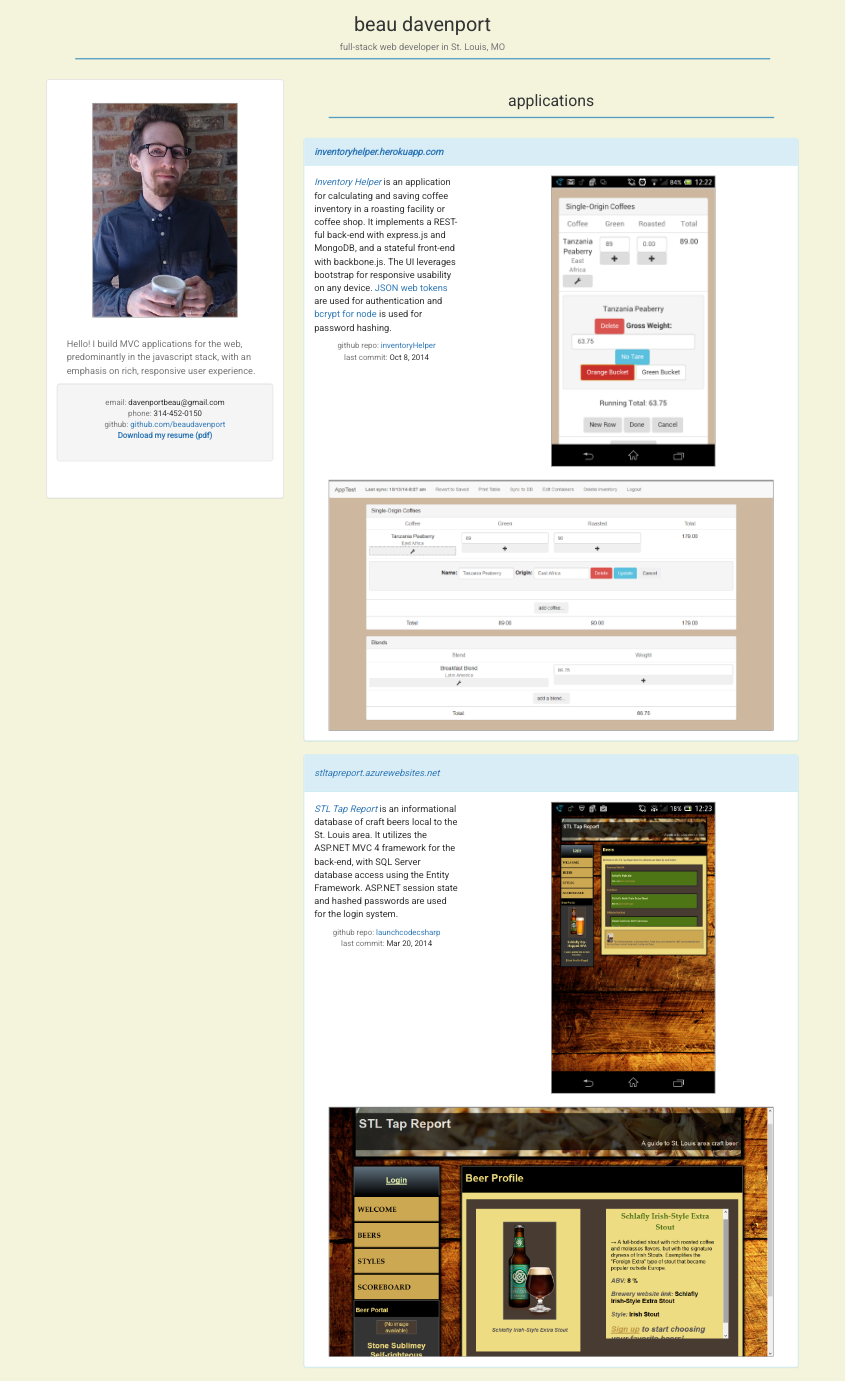
Repository: beaudavenport/old-jekyll-blog
Page: index.html
The author's editor kept a record of every edit. The page is drawn from the files as they stood at one moment, then again after the next edit.
The browser window is 1280 px wide. The pictures show the whole page, at 66% of full size.
Some web libraries are served in a nearby version.

Above is the page before.

### index.html
<!DOCTYPE html>
<html>
<head>
    <title>Beau Davenport</title>
    <link href='//fonts.googleapis.com/css?family=Roboto' rel='stylesheet' type='text/css'>
    <link href="//maxcdn.bootstrapcdn.com/bootstrap/3.2.0/css/bootstrap.min.css" rel="stylesheet">
    <link href="assets/stylesheets/add-on-css.css" rel="stylesheet" type="text/css">
    <meta name="viewport" content="width=device-width, initial-scale=1">
</head>
<body>
<div class="container">
    <div class="title row text-center">
        <h2>beau davenport</h2>
        <h5 class="text-muted">full-stack web developer in St. Louis, MO</h5>
    </div>
    <div class="row">
        <div class="container green-bar">
        </div>
    </div>
    <div class="row">

        <!-- about me sidebar/topbar -->
        <div class="col-xs-12 col-sm-5 col-md-4">
            <div class="panel panel-default about">
                <div class="panel-body">
                    <div class="pic col-xs-4 col-sm-12 col-md-12">
                        <img src="assets/images/beau_brick2.png" />
                    </div>
                    <div class="col-xs-8 col-sm-12 col-md-12">
                        <p class="text-muted">Hello! I build MVC applications for the web, predominantly in the javascript stack, with an emphasis
                        on rich, responsive user experience.
                        </p>
                    </div>
                    <div class="clearfix visible-xs-block"></div>
                    <div class="col-xs-12 col-sm-12 col-md-12 well info">
                        <ul class="list-unstyled small">
                            <li><span class="text-muted">email: </span>davenportbeau@gmail.com</li>
                            <li><span class="text-muted">phone: </span>314-452-0150</li>
                            <li><span class="text-muted">github: </span><a href="https://github.com/beaudavenport">github.com/beaudavenport</a></li>
                            <li><strong><a href="assets/images/Resume2014.pdf">Download my resume (pdf)</a></strong></li>
                        </ul>
                    </div>
                </div>
            </div>
        </div>

        <!-- projects area -->
        <div class="col-xs-12 col-sm-7 col-md-8">
            <h3 class="text-center">applications</h3>
            <div class="container green-bar">
            </div>

            <!-- inventory helper -->
            <div class="panel panel-info">
                <div class="panel-heading">
                    <a href="http://inventoryhelper.herokuapp.com"><em><strong>inventoryhelper.herokuapp.com</strong></em></a>
                </div>

                <div class="panel-body">
                    <div class="row">
                        <div class="col-xs-12 col-sm-6 col-md-4">
                            <div>
                                <p><a href="http://inventoryhelper.herokuapp.com"><em>Inventory Helper</em></a> is an application for calculating and saving
                                    coffee inventory in a roasting facility or coffee shop. It implements a REST-ful back-end with
                                    express.js and MongoDB, and a stateful front-end with backbone.js. The UI leverages bootstrap for responsive
                                    usability on any device. <a href="http://jwt.io/">JSON web tokens</a> are used for authentication and
                                    <a href="https://www.npmjs.org/package/bcrypt-nodejs">bcrypt for node</a> is used for password hashing.
                                </p>

                                <ul class="list-unstyled small">
                                    <li><span class="text-muted">github repo: </span><a href="https://github.com/beaudavenport/inventoryHelper">inventoryHelper</a></li>
                                    <li><span class="text-muted">last commit: </span>Oct 8, 2014</li>
                                </ul>
                            </div>
                        </div>

                        <div class="col-xs-12 col-sm-6 col-md-8">
                            <div class="row">
                                <img class="mobile" src="assets/images/inventory-mobile.png" />
                            </div>
                        </div>
                    </div>
                    <br />
                    <div class="row">
                        <img class="full" src="assets/images/inventory-full.png" />
                    </div>
                </div>

            </div>

            <!-- STL Tap Report -->
            <div class="panel panel-info">
                <div class="panel-heading">
                    <a href="http://stltapreport.azurewebsites.net/"><em><h5>stltapreport.azurewebsites.net</h5></em></a>
                </div>

                <div class="panel-body">
                    <div class="row">
                        <div class="col-xs-12 col-sm-6 col-md-4">
                            <div>
                                <p><a href="http://stltapreport.azurewebsites.net/"><em>STL Tap Report</em></a> is an informational database of craft beers local to the St. Louis
                                area. It utilizes the ASP.NET MVC 4 framework for the back-end, with SQL Server database access
                                using the Entity Framework. ASP.NET session state and hashed passwords are used for the login system.
                                </p>

                                <ul class="list-unstyled small">
                                    <li><span class="text-muted">github repo: </span><a href="https://github.com/beaudavenport/launchcodecsharp">launchcodecsharp</a></li>
                                    <li><span class="text-muted">last commit: </span>Mar 20, 2014</li>
                                </ul>
                            </div>
                        </div>
                        <div class="col-xs-12 col-sm-6 col-md-8">
                            <div class="row">
                                <img class="mobile" src="assets/images/stltapmobile.png" />
                            </div>
                        </div>
                    </div>
                    <br />
                    <div class="row">
                        <img class="full" src="assets/images/stltapfull.png" />
                    </div>
                </div>
            </div>
        </div>
    </div>
</body>
</html>

### assets/stylesheets/add-on-css.css
body {
    font-family: 'Roboto', sans-serif;
    overflow: hidden;
    background-color: #f4f4dd;
}
.title {
}
.green-bar {
    height: 2px;
    width: 90%;
    margin: 0 auto;
    margin-bottom: 30px;
    background-color: #539DC2;
}
.pic {
    padding-bottom: 30px;
}
.about {
    padding-top: 20px;
    padding-bottom: 20px;
}
img {
    max-width: 100%;
    border: 1px solid gray;
    display: block;
}
.mobile {
    max-width: 50%;
    margin: 0 auto;
}
.full {
    max-width: 90%;
    margin: 0 auto;
}
ul {
    text-align: center;
}
@media (min-width: 768px) {
    .pic img {
        display: block;
        max-width: 80%;
        margin: 0 auto;
    }
}

After the next edit:
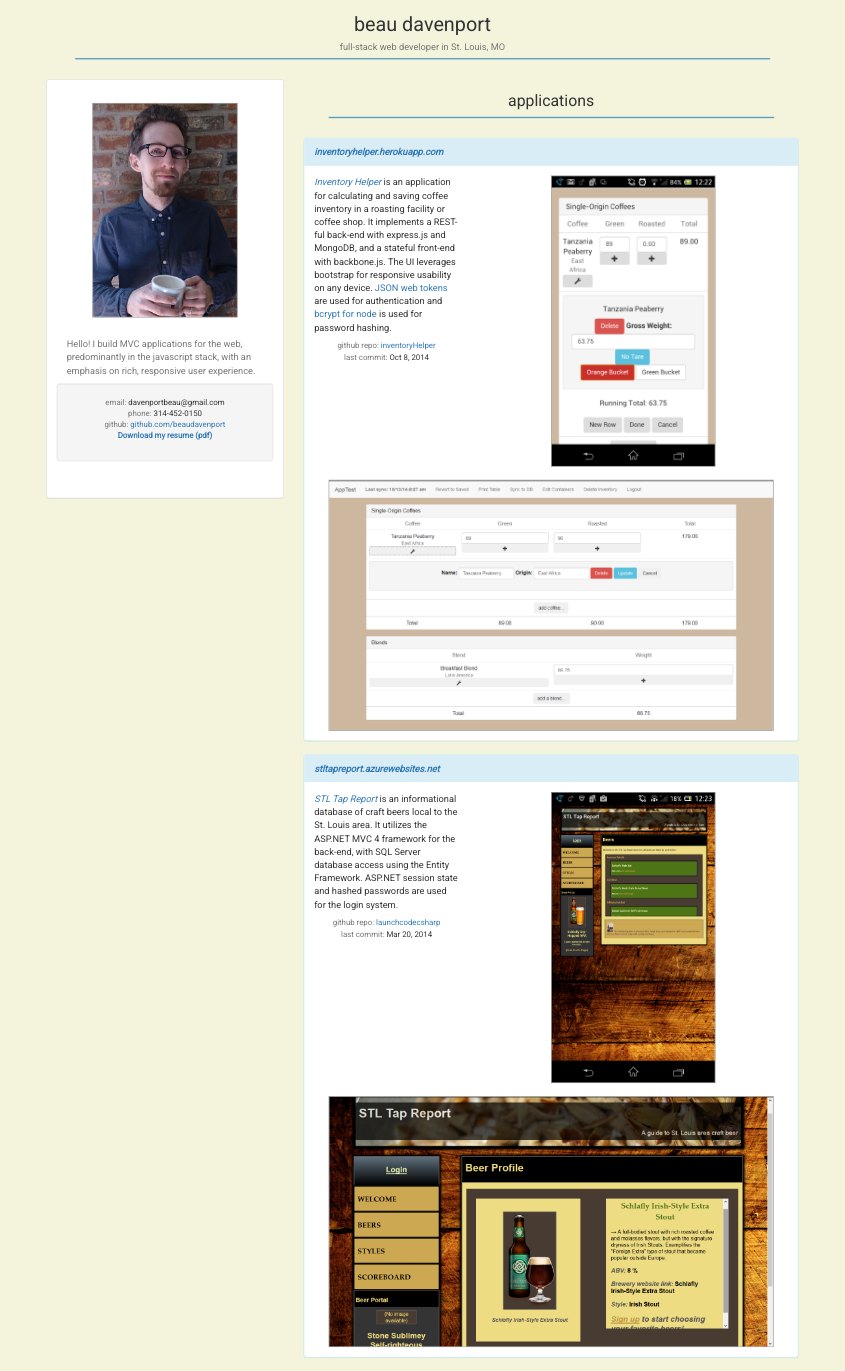
The edit:
--- a/index.html
+++ b/index.html
@@ -91,7 +91,7 @@
             <!-- STL Tap Report -->
             <div class="panel panel-info">
                 <div class="panel-heading">
-                    <a href="http://stltapreport.azurewebsites.net/"><em><h5>stltapreport.azurewebsites.net</h5></em></a>
+                    <a href="http://stltapreport.azurewebsites.net/"><em><strong>stltapreport.azurewebsites.net</strong></em></a>
                 </div>
 
                 <div class="panel-body">
